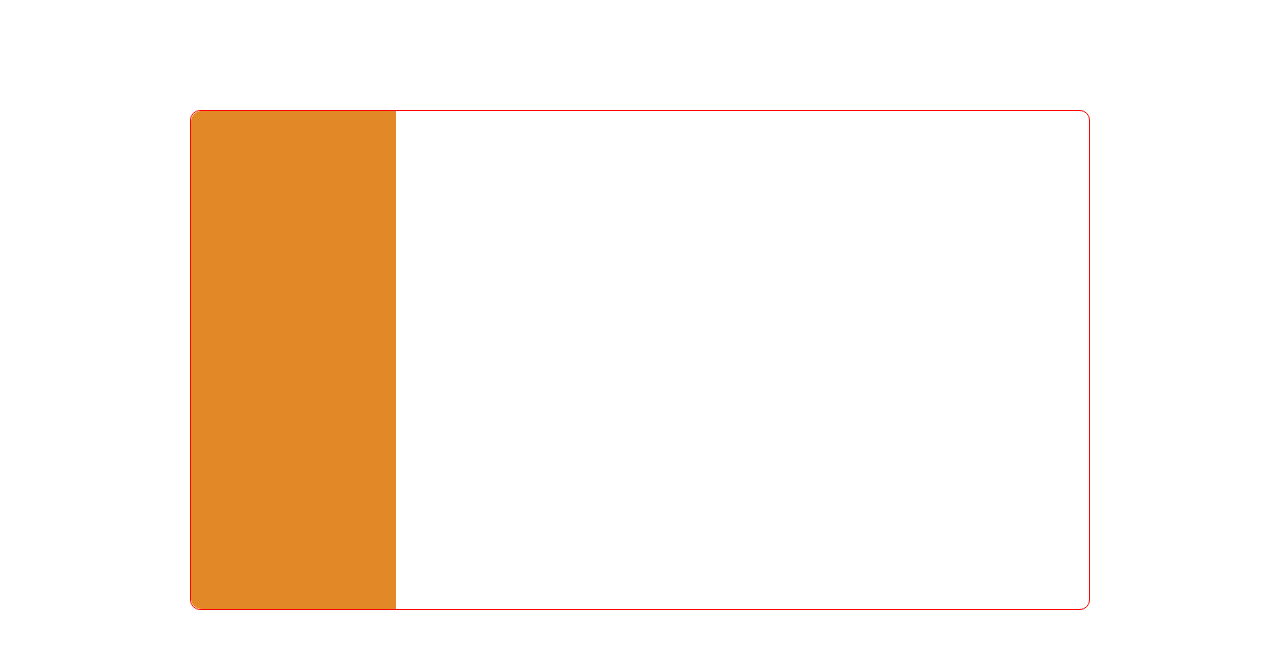
Repository: KamoliddinGIT/column-preview-card
Page: index.html
The author's editor kept a copy of each file at every save. The page is drawn from the files as they stood at one save, then again after the next save.
The browser window is 1280 px wide. The pictures show the whole page.

Above is the page before, as saved 2023-09-15 16:28:15.

### index.html
<!DOCTYPE html>
<html lang="en">
  <head>
    <meta charset="UTF-8" />
    <meta name="viewport" content="width=device-width, initial-scale=1.0" />
    <link
      rel="icon"
      type="image/png"
      sizes="32x32"
      href="./images/favicon-32x32.png"
    />
    <link rel="stylesheet" href="./css/style.css" />
    <title>3-column preview card component</title>
  </head>
  <body>
    <div class="container">
      <div class="card__1"></div>
      <div class="card__2"></div>
      <div class="card__3"></div>
    </div>
  </body>
</html>

### css/style.css
* {
  margin: 0;
  padding: 0;
  box-sizing: border-box;
}

body {
  display: flex;
  justify-content: center;
  align-items: center;
  width: 100%;
  height: 100vh;
}

.container {
  display: flex;
  flex-direction: row;
  border-radius: 10px;
  width: 900px;
  height: 500px;
  color: hsla(0, 0%, 100%, 0.75);
  border: 1px solid red;
}

.card__1 {
  width: 205px;
  height: 100%;
  background-color: hsl(31, 77%, 52%);
  border-top-left-radius: 10px;
  border-bottom-left-radius: 10px;
  padding: 45px;
}

After the next save:
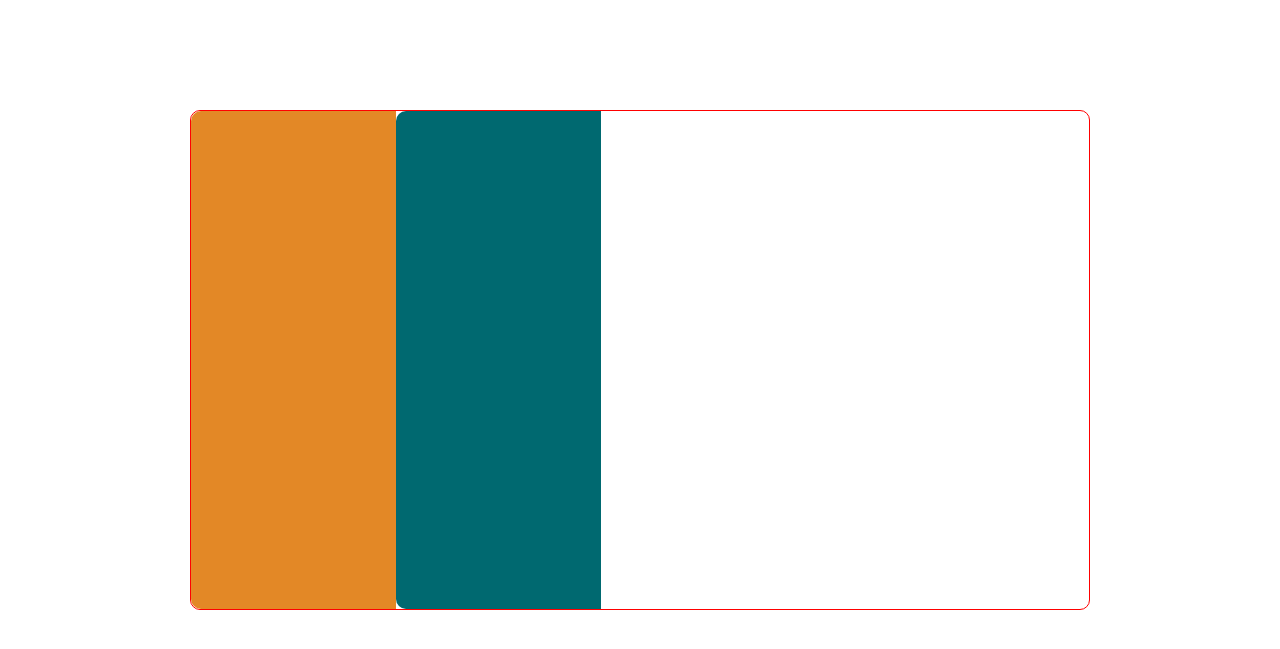
Saved 11 s later.
--- a/css/style.css
+++ b/css/style.css
@@ -30,3 +30,12 @@ body {
   border-bottom-left-radius: 10px;
   padding: 45px;
 }
+
+.card__2 {
+  width: 205px;
+  height: 100%;
+  background-color: hsl(184, 100%, 22%);
+  border-top-left-radius: 10px;
+  border-bottom-left-radius: 10px;
+  padding: 45px;
+}
